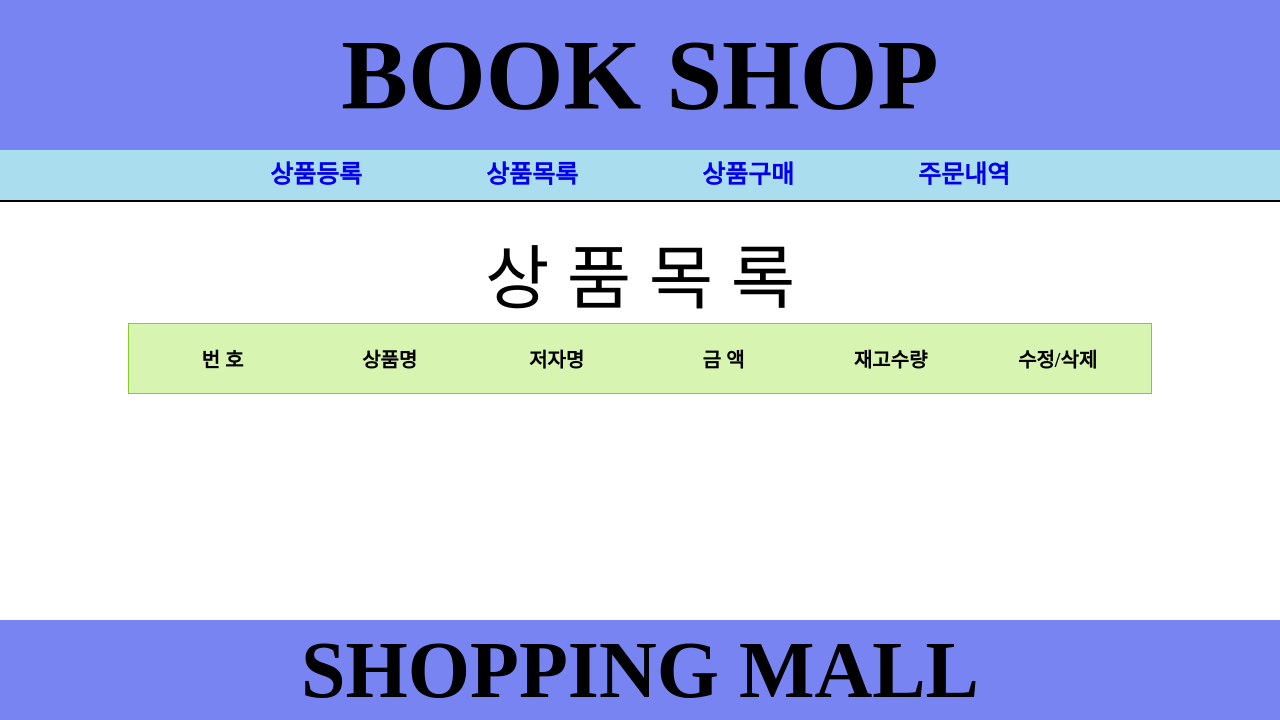
Repository: eunmiyo/BookShop
Page: http://localhost/Book/list
The author's editor kept a copy of each file at every save. The page is drawn from the files as they stood at one save, then again after the next save.
The browser window is 1280 px wide. The pictures show the whole page.
The page is served by Tomcat 9. Queries for data that is not in the repository find no rows.

Above is the page before, as saved 2022-12-29 01:28:38.

After the next save:
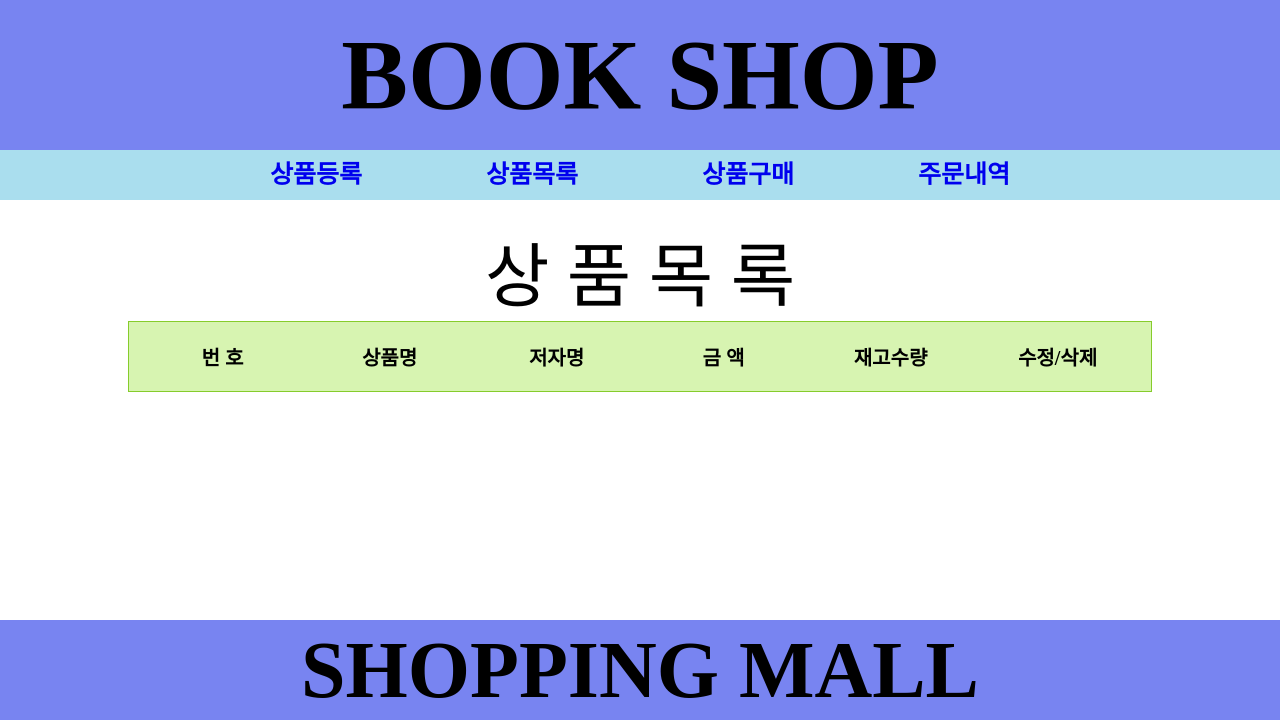
Saved 62 s later.
--- a/Book/src/main/webapp/list.jsp
+++ b/Book/src/main/webapp/list.jsp
@@ -22,8 +22,7 @@ bookList = (ArrayList<Book>)request.getAttribute("bookList");
 		<%@ include file="top.jsp"%>
 			<table class="wap">
 				<caption>상 품 목 록</caption>
-				<div>
-				<tr>
+				<tr border="1">
 					<th>번 호</th>
 					<th>상품명</th>
 					<th>저자명</th>
@@ -31,7 +30,6 @@ bookList = (ArrayList<Book>)request.getAttribute("bookList");
 					<th>재고수량</th>
 					<th>수정/삭제</th>
 				</tr>
-				</div>
 				<c:forEach var="book" items="${bookList}" varStatus="status">
 				<tr>
 					<td class="list">${book.no }</td>
